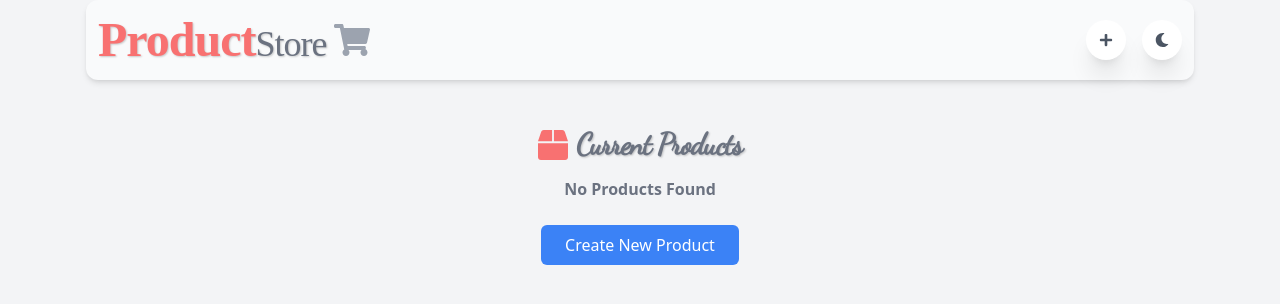
Repository: xarrkhan001/Mern-stack-Project
Page: / (app in frontend/)
An editor plug-in stored every save of this project. The page is shown before and after the next save, followed by the edit.
The browser window is 1280 px wide. The pictures show the whole page.
The project was rebuilt for these pictures with package versions that can differ from the ones it lists, and the page was loaded fresh each time. Also part of the build but not shown: frontend/vite.config.js, frontend/src/store/product.js, frontend/src/pages/CreatePage.jsx.

Above is the page before, as saved 2025-03-06 14:40:36.

After the next save:
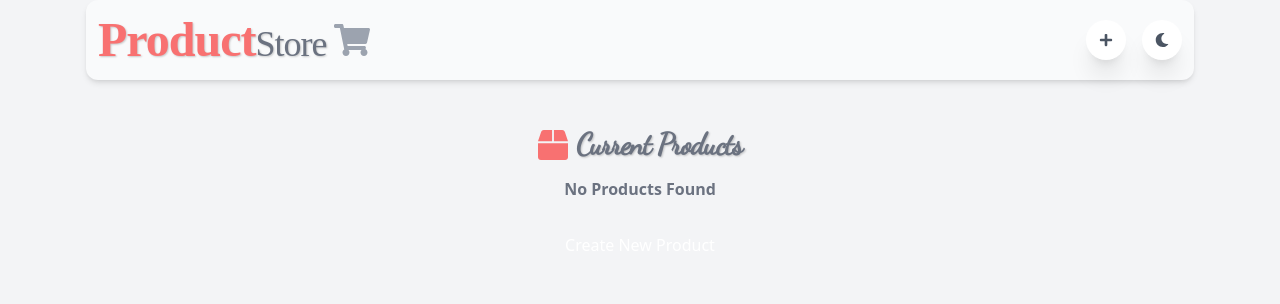
Saved 21 s later.
--- a/frontend/src/pages/HomePage.jsx
+++ b/frontend/src/pages/HomePage.jsx
@@ -28,7 +28,7 @@
       {/* Create New Product Button */}
       <div className="mt-6">
         <Link to="/create">
-          <button className="px-6 py-2 text-white bg-blue-500 rounded-md hover:bg-blue-600">
+          <button className="px-6 py-2 text-white  hover:bg-blue-600">
             Create New Product
           </button>
         </Link>
